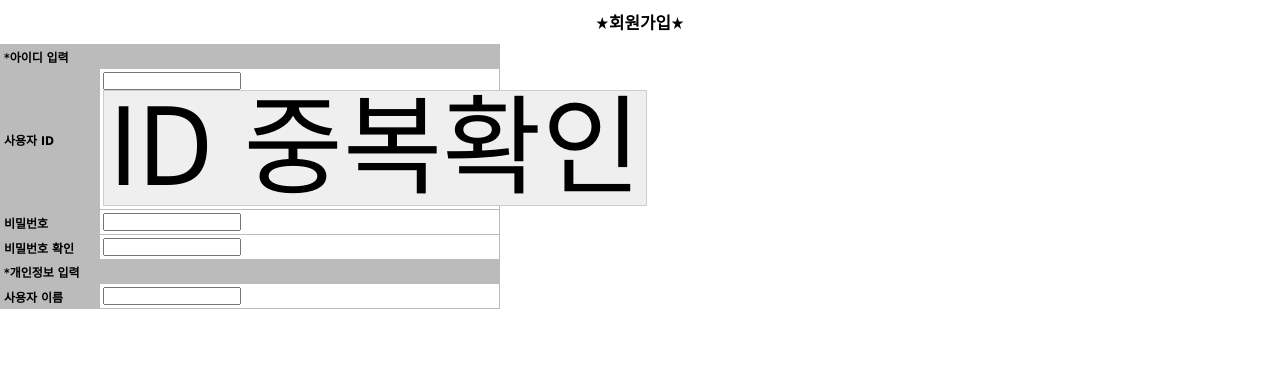
Repository: eParkjongtaek/lovedisket
Page: http://localhost/KH18_1/0904/inputForm.jsp
An editor plug-in stored every save of this project. The page is shown before and after the next save, followed by the edit.
The browser window is 1280 px wide. The pictures show the whole page.
The page is served by Tomcat 9.

Above is the page before, as saved 2017-09-04 04:21:57.

After the next save:
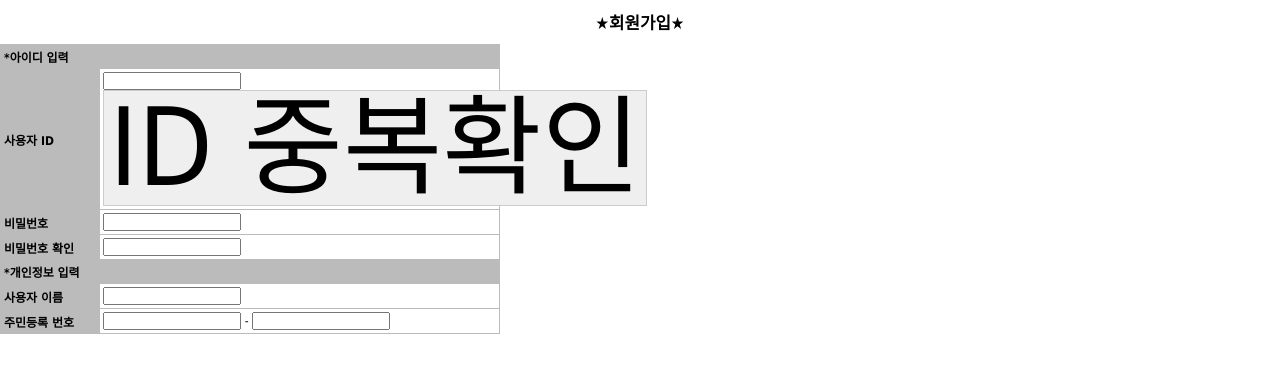
Saved 58 s later.
--- a/source/KH18_1/WebContent/0904/inputForm.jsp
+++ b/source/KH18_1/WebContent/0904/inputForm.jsp
@@ -90,7 +90,13 @@ function checkIt()
 					<th>사용자 이름</th>
 					<td><input type="text" name="name" maxlength="10" />
 				</tr>
-
+				<tr>
+					<th>주민등록 번호</th>
+					<td>
+						<input type="text" name="jumin1" maxlength="6" /> -
+						<input type="password" name="jumin2" maxlength="7" />
+					</td>
+				</tr>
 			</table>
 
 		</div>
